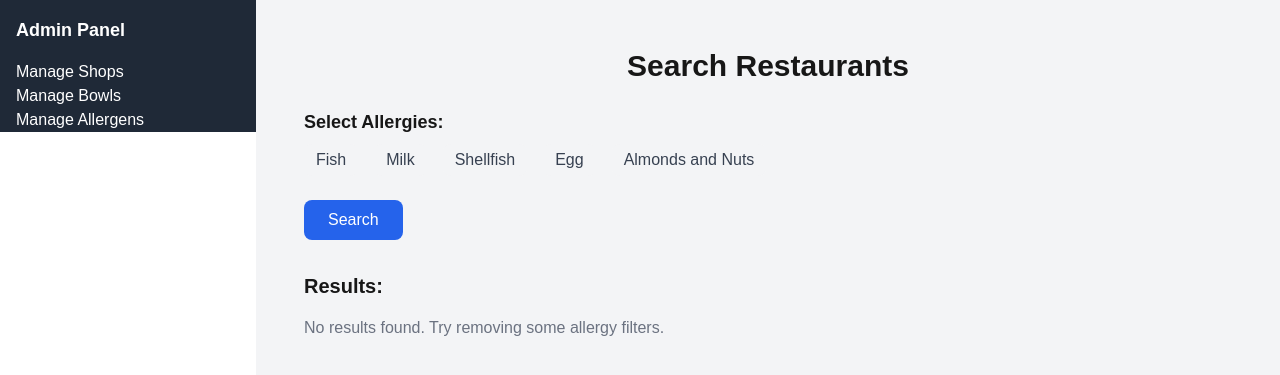
Repository: komuro-zero/ramen_dashboard
Page: /
An editor plug-in stored every save of this project. The page is shown before and after the next save, followed by the edit.
The browser window is 1280 px wide. The pictures show the whole page.
The project was rebuilt for these pictures with package versions that can differ from the ones it lists, and the page was loaded fresh each time. The framework's server and built-in components were replaced by stand-ins that run in the browser. Also part of the build but not shown: next.config.ts.

Above is the page before, as saved 2025-01-20 22:33:05.

After the next save:
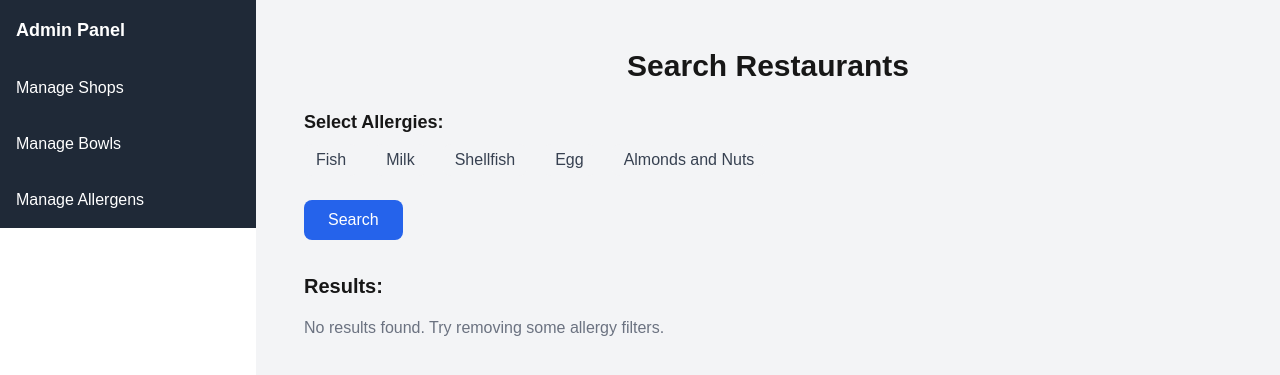
Saved 86 s later.
--- a/components/Sidebar.tsx
+++ b/components/Sidebar.tsx
@@ -5,14 +5,14 @@ export default function Sidebar() {
         <div className="w-64 h-full bg-gray-800 text-white flex flex-col">
             <h2 className="text-lg font-bold p-4">Admin Panel</h2>
             <nav className="flex flex-col">
-                <Link href="/manage/shops">
-                    <a className="p-4 hover:bg-gray-700">Manage Shops</a>
+                <Link href="/manage/shops" className="p-4 hover:bg-gray-700">
+                    Manage Shops
                 </Link>
-                <Link href="/manage/bowls">
-                    <a className="p-4 hover:bg-gray-700">Manage Bowls</a>
+                <Link href="/manage/bowls" className="p-4 hover:bg-gray-700">
+                    Manage Bowls
                 </Link>
-                <Link href="/manage/allergens">
-                    <a className="p-4 hover:bg-gray-700">Manage Allergens</a>
+                <Link href="/manage/allergens" className="p-4 hover:bg-gray-700">
+                    Manage Allergens
                 </Link>
             </nav>
         </div>
